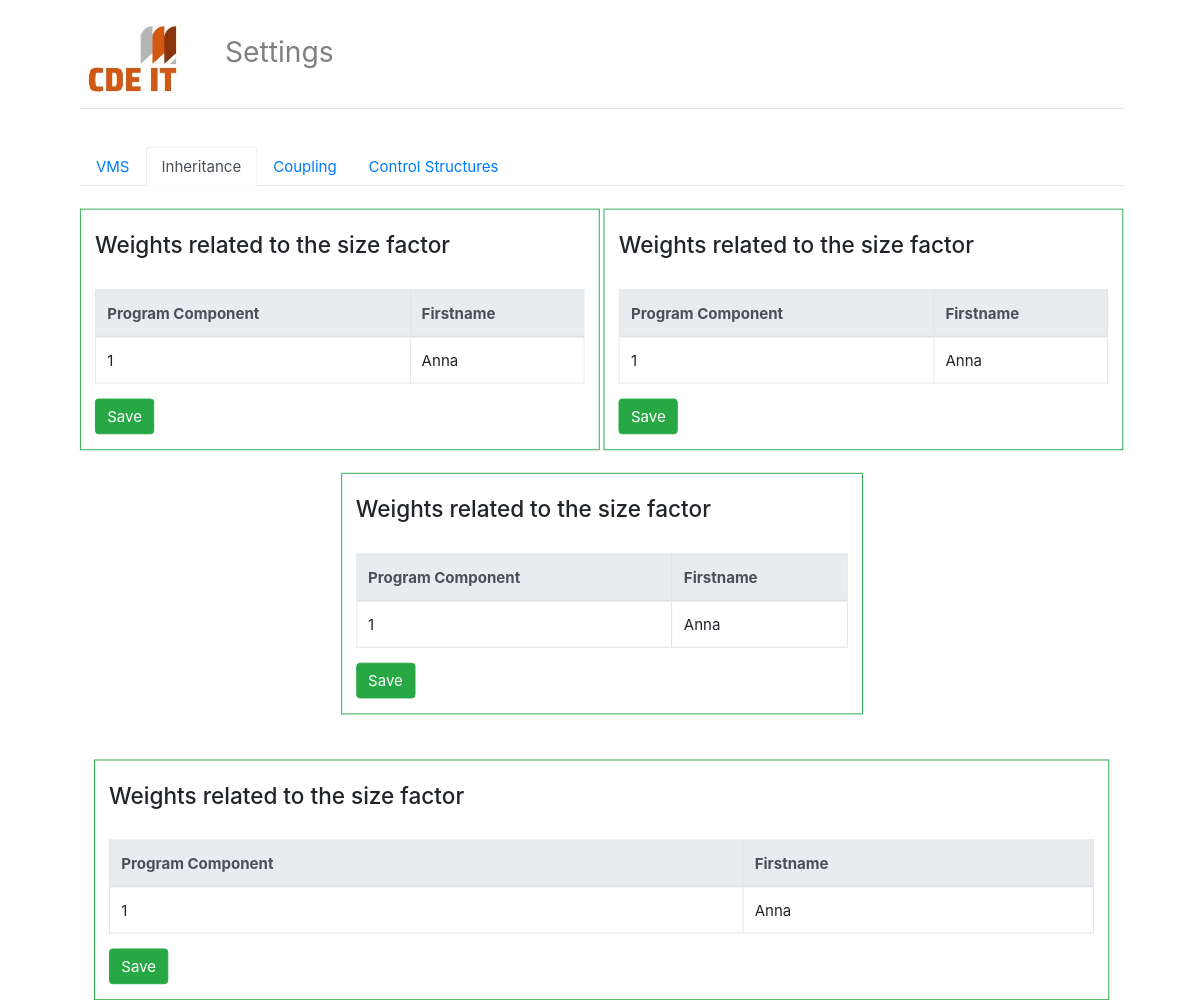
Repository: JudeAshan98/ITPM
Page: CDE_IT/WebContent/views/settings.html
An editor plug-in stored every save of this project. The page is shown before and after the next save, followed by the edit.
The browser window is 1280 px wide. The pictures show the whole page, at 94% of full size.

Above is the page before, as saved 2020-03-01 16:44:30.

After the next save:
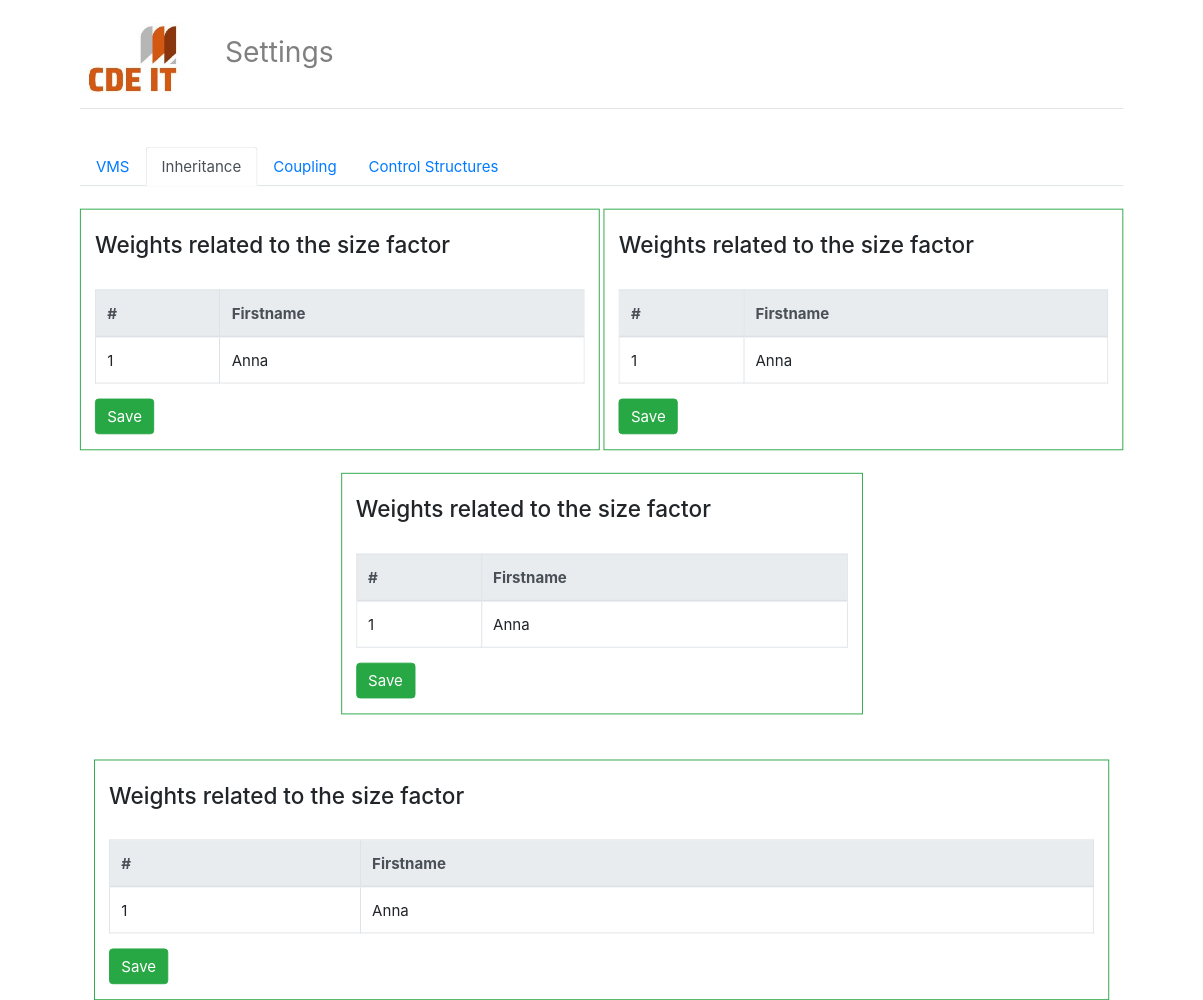
Saved 73 s later.
--- a/CDE_IT/WebContent/views/settings.html
+++ b/CDE_IT/WebContent/views/settings.html
@@ -28,13 +28,13 @@
 		<!-- Nav tabs -->
 		<ul class="nav nav-tabs" role="tablist">
 			<li class="nav-item"><a class="nav-link" data-toggle="tab"
-				href="Program Componentvms">VMS</a></li>
+				href="#vms">VMS</a></li>
 			<li class="nav-item"><a class="nav-link active"
-				data-toggle="tab" href="Program Componentinheritance">Inheritance</a></li>
+				data-toggle="tab" href="#inheritance">Inheritance</a></li>
 			<li class="nav-item"><a class="nav-link" data-toggle="tab"
-				href="Program ComponentCoupling">Coupling</a></li>
+				href="#Coupling">Coupling</a></li>
 			<li class="nav-item"><a class="nav-link" data-toggle="tab"
-				href="Program ComponentControl">Control Structures</a></li>
+				href="#Control">Control Structures</a></li>
 		</ul>
 
 		<!-- Tab panes -->
@@ -50,7 +50,7 @@
 							<table class="table table-bordered">
 								<thead class="thead-light">
 									<tr>
-										<th>Program Component</th>
+										<th>#</th>
 										<th>Firstname</th>
 									</tr>
 								</thead>
@@ -73,7 +73,7 @@
 							<table class="table table-bordered">
 								<thead class="thead-light">
 									<tr>
-										<th>Program Component</th>
+										<th>#</th>
 										<th>Firstname</th>
 									</tr>
 								</thead>
@@ -99,7 +99,7 @@
 							<table class="table table-bordered">
 								<thead class="thead-light">
 									<tr>
-										<th>Program Component</th>
+										<th>#</th>
 										<th>Firstname</th>
 									</tr>
 								</thead>
@@ -127,7 +127,7 @@
 						<table class="table table-bordered">
 							<thead class="thead-light">
 								<tr>
-									<th>Program Component</th>
+									<th>#</th>
 									<th>Firstname</th>
 								</tr>
 							</thead>
@@ -153,7 +153,7 @@
 						<table class="table table-bordered">
 							<thead class="thead-light">
 								<tr>
-									<th>Program Component</th>
+									<th>#</th>
 									<th>Firstname</th>
 								</tr>
 							</thead>
@@ -179,7 +179,7 @@
 						<table class="table table-bordered">
 							<thead class="thead-light">
 								<tr>
-									<th>Program Component</th>
+									<th>#</th>
 									<th>Firstname</th>
 								</tr>
 							</thead>

After the save that followed:
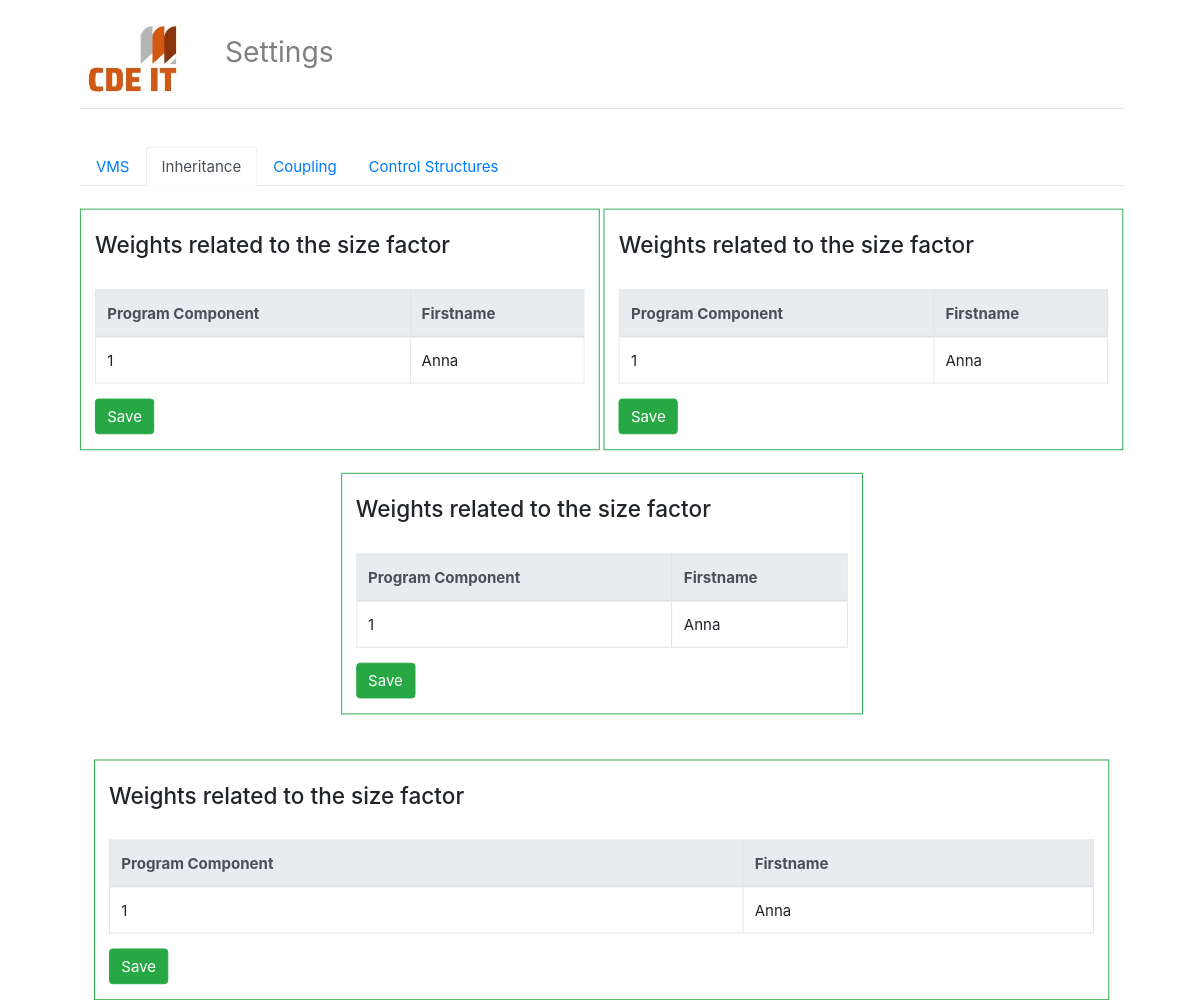
Saved 56 s later.
--- a/CDE_IT/WebContent/views/settings.html
+++ b/CDE_IT/WebContent/views/settings.html
@@ -50,7 +50,7 @@
 							<table class="table table-bordered">
 								<thead class="thead-light">
 									<tr>
-										<th>#</th>
+										<th>Program Component</th>
 										<th>Firstname</th>
 									</tr>
 								</thead>
@@ -73,7 +73,7 @@
 							<table class="table table-bordered">
 								<thead class="thead-light">
 									<tr>
-										<th>#</th>
+										<th>Program Component</th>
 										<th>Firstname</th>
 									</tr>
 								</thead>
@@ -99,7 +99,7 @@
 							<table class="table table-bordered">
 								<thead class="thead-light">
 									<tr>
-										<th>#</th>
+										<th>Program Component</th>
 										<th>Firstname</th>
 									</tr>
 								</thead>
@@ -127,7 +127,7 @@
 						<table class="table table-bordered">
 							<thead class="thead-light">
 								<tr>
-									<th>#</th>
+									<th>Program Component</th>
 									<th>Firstname</th>
 								</tr>
 							</thead>
@@ -153,7 +153,7 @@
 						<table class="table table-bordered">
 							<thead class="thead-light">
 								<tr>
-									<th>#</th>
+									<th>Program Component</th>
 									<th>Firstname</th>
 								</tr>
 							</thead>
@@ -179,7 +179,7 @@
 						<table class="table table-bordered">
 							<thead class="thead-light">
 								<tr>
-									<th>#</th>
+									<th>Program Component</th>
 									<th>Firstname</th>
 								</tr>
 							</thead>
